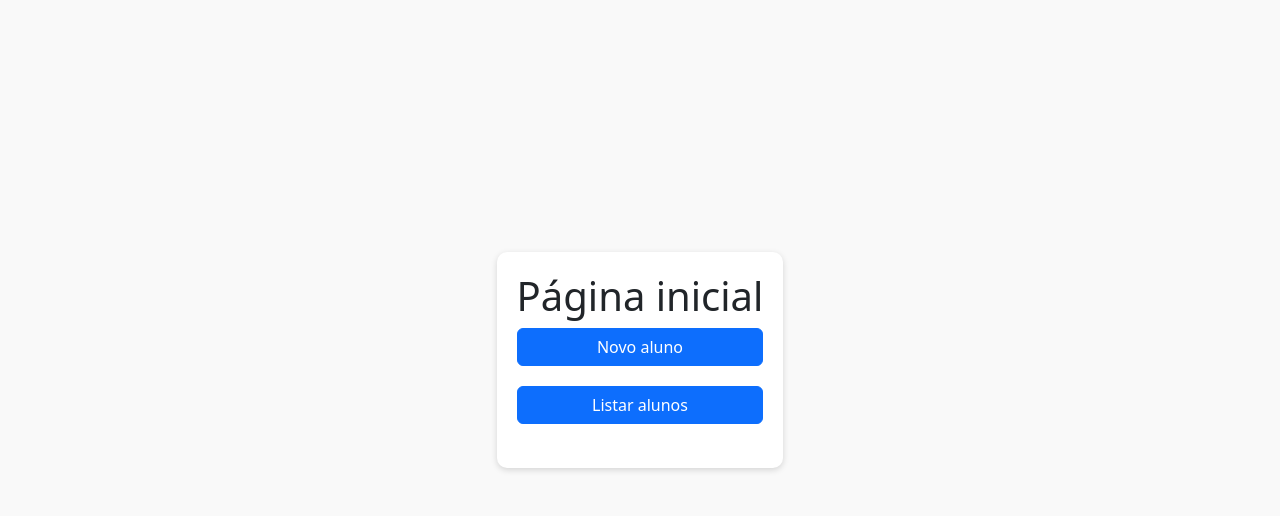
Repository: juliatbarbosa/CRUD-ALUNOS
Page: http://localhost/OlaMundo/alunos/cadastro/index.jsp
An editor plug-in stored every save of this project. The page is shown before and after the next save, followed by the edit.
The browser window is 1280 px wide. The pictures show the whole page.
The page is served by Tomcat 9.

Above is the page before, as saved 2024-09-29 21:15:37.

After the next save:
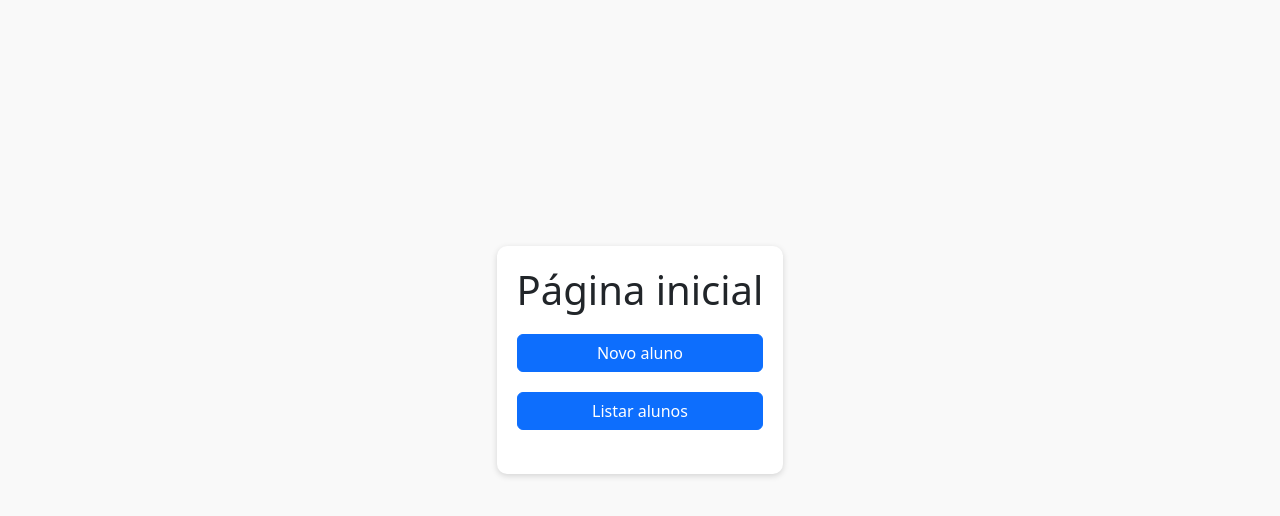
Saved 42 s later.
--- a/OlaMundo/src/main/webapp/alunos/cadastro/index.jsp
+++ b/OlaMundo/src/main/webapp/alunos/cadastro/index.jsp
@@ -25,6 +25,10 @@ body {
 	padding: 20px;
 	border-radius: 10px;
 	box-shadow: 0 2px 6px 0px rgba(0, 0, 0, 0.15);
+	}
+
+	h1 {
+	margin-bottom:20px;
 	}
 
 
